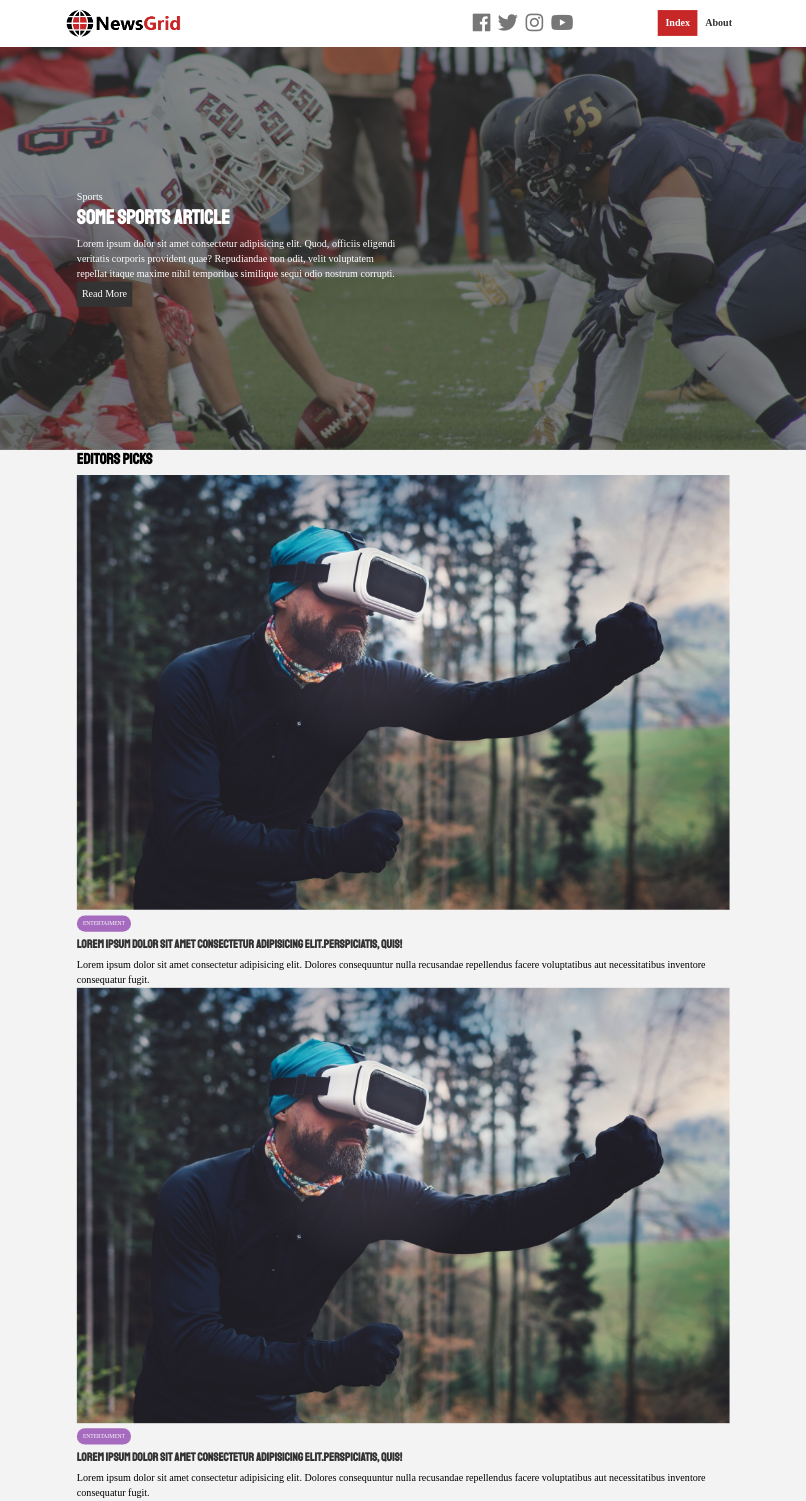
Repository: minhtien9/newsgrid
Page: index.html
An editor plug-in stored every save of this project. The page is shown before and after the next save, followed by the edit.
The browser window is 1280 px wide. The pictures show the whole page, at 63% of full size.
Some web libraries are served in a nearby version.

Above is the page before, as saved 2021-08-25 21:24:19.

After the next save:
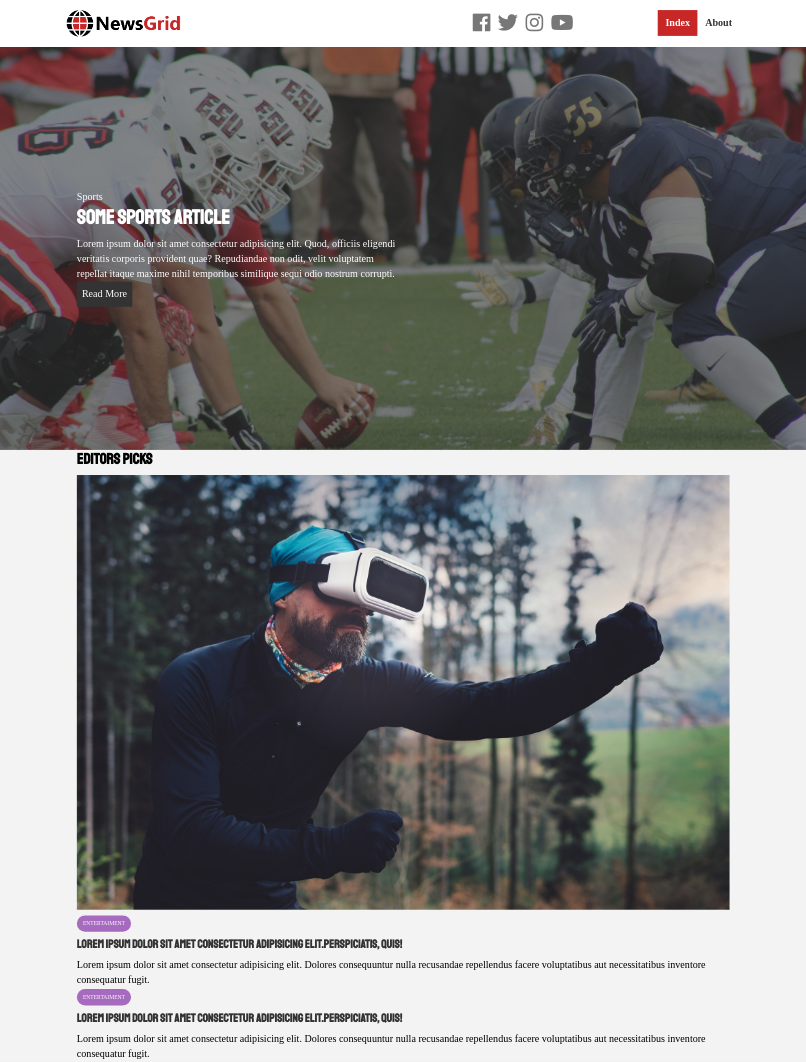
Saved 14 s later.
--- a/index.html
+++ b/index.html
@@ -71,8 +71,6 @@
             </div>
           </article>
           <article class="card">
-            <img src="img/articles/ent1.jpg" alt="" />
-
             <div class="category category-ent">Entertaiment</div>
             <h3>
               <a href="article.html"
